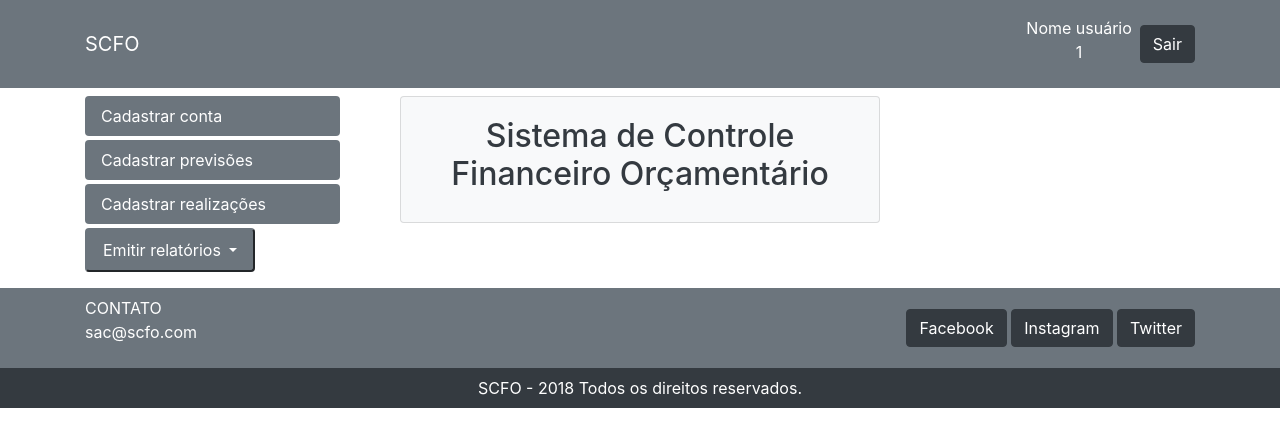
Repository: MaickSilva/scfoheroku
Page: http://localhost/logado.php
The author's editor kept a record of every edit. The page is drawn from the files as they stood at one moment, then again after the next edit.
The browser window is 1280 px wide. The pictures show the whole page.
Some web libraries are served in a nearby version. The page is run by PHP 8.4 with error messages shown; the project is at /var/www/html/. The session is filled in as if someone had signed in: {"UsuarioLog": true, "cpf": 1, "senha": 1}. Other server files are loaded and not shown.

Above is the page before.

### workspace/logado.php
<?php include "header.php" ?>
<?php
    session_start();
    if(!isset($_SESSION['UsuarioLog'])){
        header("Location: index.php");
        session_destroy();
    }

    if(isset($_GET['logout'])){
        session_destroy();
        header("Location: index.php");
    }
?>

    <?php include "navbarLogado.php" ?>

        <div class="container mb-3">
            <div class="row">
                <div class="col-12 col-sm-12 col-md-4 col-lg-3">
                    <div class="nav flex-column nav-pills mt-2" id="v-pills-tab" role="tablist" aria-orientation="vertical">
                        <a href="cadastrarConta.php" class="nav-link btn-secondary" id="cadastroConta" role="tab" aria-controls="v-pills-home" aria-selected="false">Cadastrar conta</a>
                        <a href="cadastrarPrevisao.php" class="nav-link btn-secondary mt-1" id="v-pills-profile-tab" role="tab" aria-controls="v-pills-profile" aria-selected="false">Cadastrar previsões</a>
                        <a href="inserirValores.php" class="nav-link btn-secondary mt-1" id="inserirValores" role="tab" aria-controls="v-pills-valores" aria-selected="false">Cadastrar realizações</a>
                        <div class="dropdown">
                          <button class="nav-link btn-secondary dropdown-toggle mt-1" id="dropdownMenuButton" aria-controls="v-pills-valores" data-toggle="dropdown" aria-haspopup="true" aria-expanded="true">
                            Emitir relatórios
                          </a>
                          <div class="dropdown-menu" aria-labelledby="dropdownMenuButton">
                            <a class="dropdown-item" href="#">Relatorio 1</a>
                            <a class="dropdown-item" href="#">Relatorio 2</a>
                            <a class="dropdown-item" href="#">Relatorio 3</a>
                          </div>
                        </div>
                    </div>
                </div>

                <div class="col-12 col-sm-12 col-md-8 col-lg-6">
                    <div class="card text-white bg-light mb-3 mt-2 mx-auto" style="max-width: 30rem;">
                        <div class="card-body">
                            <div class="container">
                                <form class="mx-auto text-dark " style="width: auto;" "card-text">
                                    <div class="container text-center">
                                        <h2>Sistema de Controle Financeiro Orçamentário</h2>
                                    </div>
                                </form>
                            </div>
                        </div>
                    </div>
                </div>
            </div>
        </div>

    <?php include "footer.php" ?>

</body>
</html>

### workspace/header.php
<!DOCTYPE html>
<html lang="pt-br">

<head>
    <meta charset="utf-8">
    <meta http-equiv="X-UA-Compatible" content="IE=edge">
    <meta name="viewport" content="width=device-width, initial-scale=1">
    <title>Sistema de Controle Financeiro Orçamentário</title>

    <!-- Bootstrap CSS-->
    <link rel="stylesheet" href="css/bootstrap.min.css">
    <link rel="stylesheet" href="css/style.css">

    <link rel="stylesheet" href="https://use.fontawesome.com/releases/v5.0.12/css/all.css" integrity="sha384-G0fIWCsCzJIMAVNQPfjH08cyYaUtMwjJwqiRKxxE/rx96Uroj1BtIQ6MLJuheaO9" crossorigin="anonymous">

    <!-- Formatação de textos -->
    <script>
        function formatar(mascara, documento){
          var i = documento.value.length;
          var saida = mascara.substring(0,1);
          var texto = mascara.substring(i)

          if (texto.substring(0,1) != saida){
                    documento.value += texto.substring(0,1);
          }

        }
    </script>
</head>

<body>

### workspace/navbarLogado.php
<nav class="navbar navbar-expand-md navbar-dark bg-secondary ">
    <div class="container">
        <a class="navbar-brand " href="logado.php">SCFO</a>
        <form class="form-inline">
            <ul class="list-unstyled text-white text-center ml-2 mr-2 pt-2">
                <li>
                    <p class="mb-0 ">Nome usuário</p>
                </li>
                <li>
                    <?php
                    echo " ".$_SESSION['cpf']
                    ?>

                </li>
            </ul>
            <button type="button" class="btn btn-dark">Sair</button>
        </form>
    </div>
</nav>

### workspace/footer.php


    <footer class="container-fluid navbar navbar-expand-md navbar-dark bg-secondary">
        <div class="container text-white">
            <p>CONTATO<br>
            <span>sac@scfo.com</span></p>

          <nav class="float-right">
              <span>
                  <button class="btn btn-dark">Facebook</button>
                  <button class="btn btn-dark">Instagram</button>
                  <button class="btn btn-dark">Twitter</button>
              </span>
          </nav>
        </div>
    </footer>

    <div class="container-fluid bg-dark text-center text-white p-2">SCFO - 2018 Todos os direitos reservados.</div>

  <script src="js/jquery-3.3.1.slim.min.js"></script>
  <script src="js/popper.min.js"></script>
  <script src="js/bootstrap.min.js"></script>

Loaded but not shown: workspace/css/bootstrap.min.css (library); workspace/js/jquery-3.3.1.slim.min.js (library); workspace/js/popper.min.js (library); workspace/js/bootstrap.min.js (library); workspace/css/style.css (no stored copy; drawn as an empty file)

After the next edit:
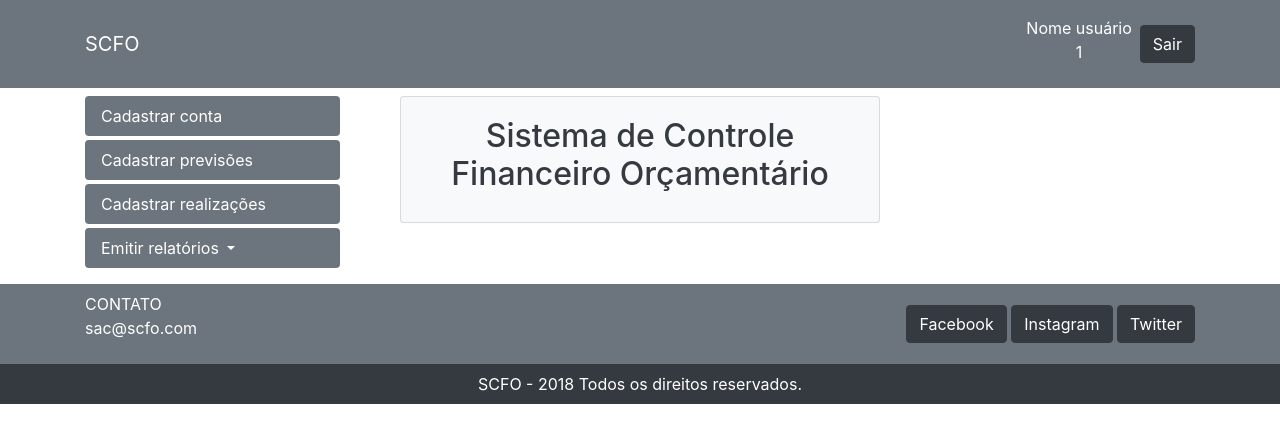
The edit:
--- a/workspace/logado.php
+++ b/workspace/logado.php
@@ -22,7 +22,7 @@
                         <a href="cadastrarPrevisao.php" class="nav-link btn-secondary mt-1" id="v-pills-profile-tab" role="tab" aria-controls="v-pills-profile" aria-selected="false">Cadastrar previsões</a>
                         <a href="inserirValores.php" class="nav-link btn-secondary mt-1" id="inserirValores" role="tab" aria-controls="v-pills-valores" aria-selected="false">Cadastrar realizações</a>
                         <div class="dropdown">
-                          <button class="nav-link btn-secondary dropdown-toggle mt-1" id="dropdownMenuButton" aria-controls="v-pills-valores" data-toggle="dropdown" aria-haspopup="true" aria-expanded="true">
+                          <a href="#" class="nav-link btn-secondary dropdown-toggle mt-1" id="dropdownMenuButton" aria-controls="v-pills-valores" data-toggle="dropdown" aria-haspopup="true" aria-expanded="true">
                             Emitir relatórios
                           </a>
                           <div class="dropdown-menu" aria-labelledby="dropdownMenuButton">
